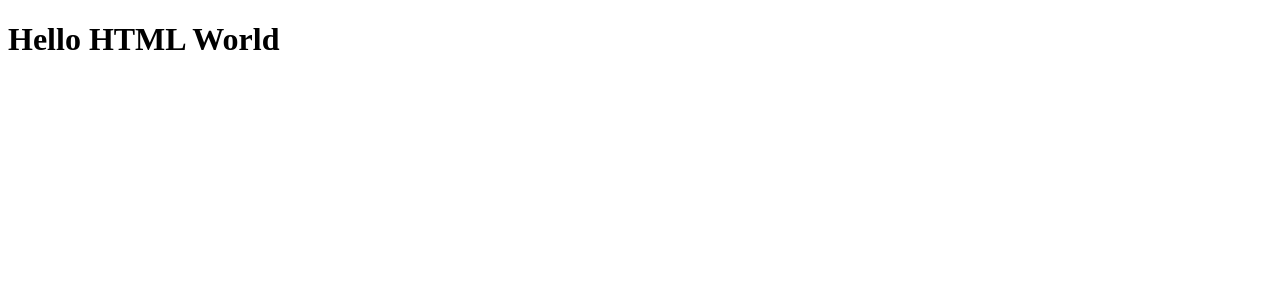
Repository: Ddongdun/Inhatc
Page: week1/src/main/webapp/Hello.html
The author's editor kept a copy of each file at every save. The page is drawn from the files as they stood at one save, then again after the next save.
The browser window is 1280 px wide. The pictures show the whole page.

Above is the page before, as saved 2023-08-31 03:04:46.

After the next save:
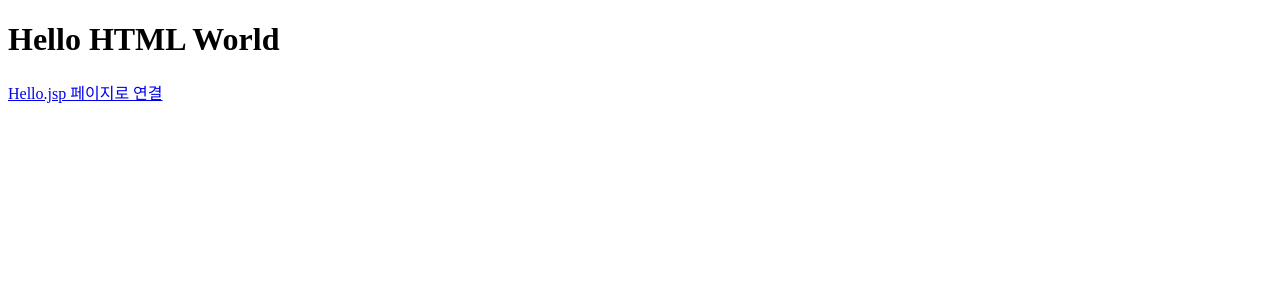
Saved 64 s later.
--- a/week1/src/main/webapp/Hello.html
+++ b/week1/src/main/webapp/Hello.html
@@ -6,5 +6,6 @@
 </head>
 <body>
 	<h1>Hello HTML World</h1>
+	<a href = "Hello.jsp">Hello.jsp 페이지로 연결</a>
 </body>
 </html>
